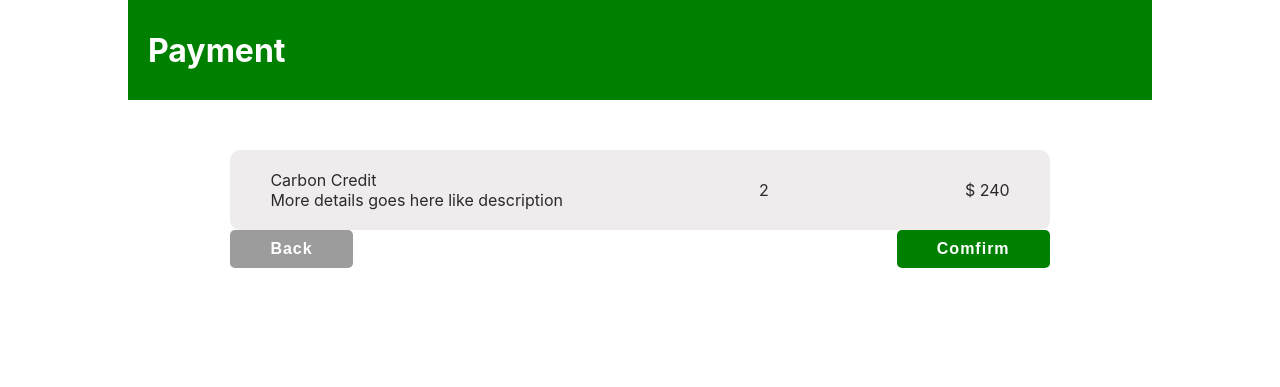
Repository: Yowani24/CarbonApp
Page: /payment
These files come from the project's save history. The page is drawn as it stood at one moment and after the next save; the edit follows.
The browser window is 1280 px wide. The pictures show the whole page.
The project was rebuilt for these pictures with package versions that can differ from the ones it lists, and the page was loaded fresh each time. The framework's server and built-in components were replaced by stand-ins that run in the browser. Also part of the build but not shown: next.config.js, pages/cart/Cart.module.css, pages/cart/index.js.

Above is the page before, as saved 2021-09-27 00:05:55.

### pages/_app.js
import '../styles/globals.css'
import Cart from './cart';

function MyApp({ Component, pageProps }) {
  return (
    <>
      <Component {...pageProps} />
    </>
  );
}

export default MyApp

### pages/payment/index.js
import React from 'react';
import Head from 'next/head'
import styles from './Payment.module.css'


export default function Payment(props) {
    return (
       <>
        <Head>
            <title>Payment</title>
        </Head>

        <header className={styles.header}>
            <div className={styles.interface}>
                <div className={styles.header_content}>
                    <h1>Payment</h1>
                </div>
            </div>
        </header>

        <div className={styles.content}>
            <div className={styles.interface}>
                <div className={styles.list_content}>
                    <span>
                        <p>Carbon Credit <br/> More details goes here like description</p>
                        <p>2</p>
                        <p>$ 240</p>
                    </span>
                </div>
            </div>
        </div>

        <div className={styles.button_box}>
            <div className={styles.interface}>
                <span>
                    <button>Back</button>
                    <button>Comfirm</button>
                </span>
            </div>
        </div>
       </>
    );
}

### styles/globals.css
html,
body {
  padding: 0;
  margin: 0;
  font-family: -apple-system, BlinkMacSystemFont, Segoe UI, Roboto, Oxygen,
    Ubuntu, Cantarell, Fira Sans, Droid Sans, Helvetica Neue, sans-serif;
}

a {
  color: inherit;
  text-decoration: none;
}

* {
  margin: 0;
  box-sizing: border-box;
}

### pages/payment/Payment.module.css
.interface{
    width: 80%;
    margin: 0 auto;
}
.header_content{
    background: green;
    height: 100px;
    display: flex;
    align-items: center;
    padding: 0 20px;
    color: #FFFFFF;
}

.list_content{
    width: 80%;
    margin: 0 auto;
    margin-top: 50px;
    border-radius: 10px;
    padding: 20px 40px;
    background: rgb(238, 236, 236);
}
.list_content span{
    display: flex;
    justify-content: space-between;
    align-items: center;
    color: rgb(43, 41, 41);
}


.button_box span{
    margin-top: 80px;
}
.button_box span{
    display: flex;
    justify-content: space-between;
    width: 80%;
    margin: 0 auto;
}
.button_box button:first-child{
    background: rgb(156, 156, 156);
}
.button_box button:first-child:hover{
    background: rgb(122, 120, 120);
}
.button_box button:first-child:active{
    background: rgb(187, 184, 184);
}

.button_box button{
    border: none;
    background: green;
    padding: 10px 40px;
    font-size: 16px;
    color: #FFFFFF;
    letter-spacing: 1px;
    border-radius: 5px;
    cursor: pointer;
    transition: .1s;
    font-weight: bold;
}

.button_box button:nth-child(2):hover{
    background: rgb(1, 92, 1);
}
.button_box button:nth-child(2):active{
    background: rgb(13, 131, 13);
}

Loaded but not shown: pages/api/hello.js (common file)

After the next save:
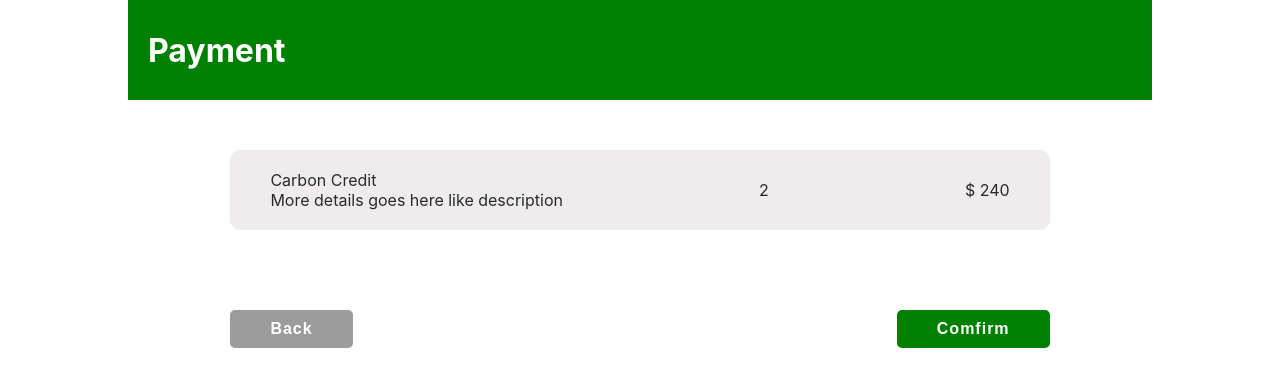
Saved 7 s later.
--- a/pages/payment/Payment.module.css
+++ b/pages/payment/Payment.module.css
@@ -27,7 +27,7 @@
 }
 
 
-.button_box span{
+.button_box{
     margin-top: 80px;
 }
 .button_box span{
